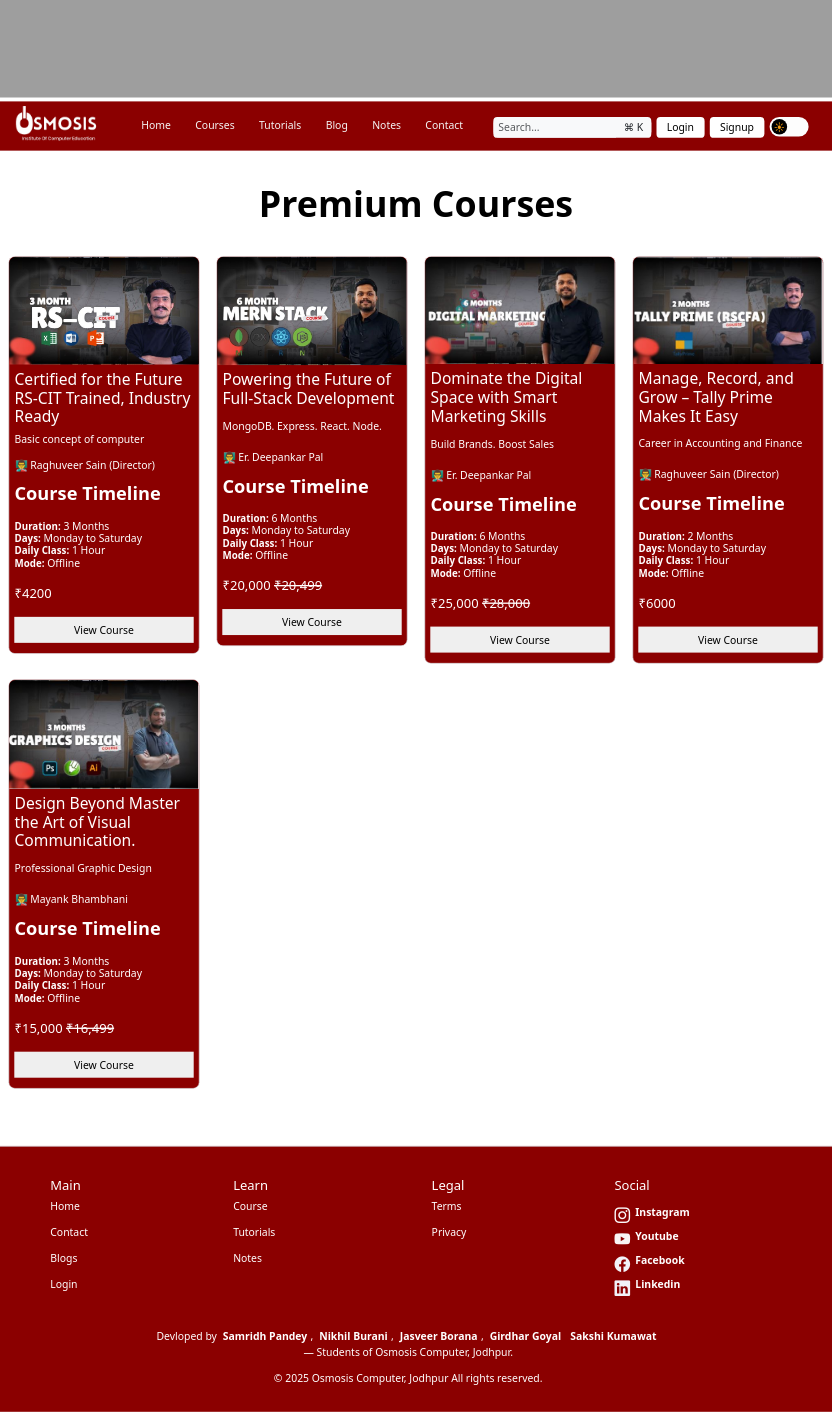
Repository: samriidhpandey/osmosis
Page: /Courses
The author's editor kept a copy of each file at every save. The page is drawn from the files as they stood at one save, then again after the next save.
The browser window is 1280 px wide. The pictures show the whole page, at 65% of full size.
Pictures or frames that could not be fetched are drawn as grey boxes. The project was rebuilt for these pictures with package versions that can differ from the ones it lists, and the page was loaded fresh each time. Also part of the build but not shown: vite.config.js, src/Section2.jsx, src/Section3.jsx, src/Section4.jsx, src/InfiniteReviewScroll.jsx, src/Section5.jsx, src/TypingText.jsx, src/AnimatedName.jsx and 103 more. Imported but missing from the stored project, and not drawn on this page: src/Images/final-app-on-mobile.mp4, src/Images/final-app-on-pc.mp4, src/Images/open-terminals.mp4, src/Images/python-location.mp4.

Above is the page before, as saved 2025-07-21 16:31:00.

After the next save:
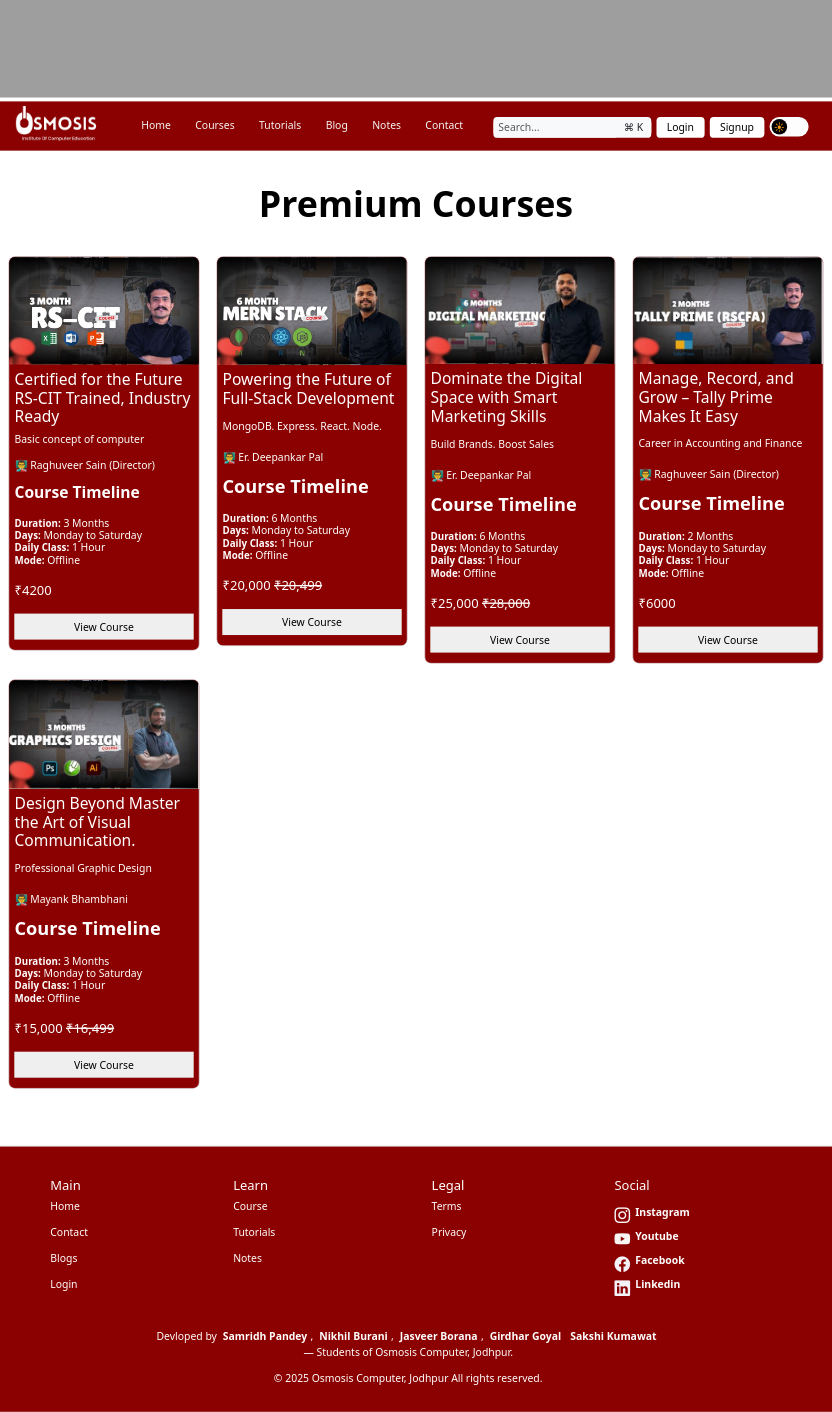
Saved 13 s later.
--- a/src/Component2/Courses.jsx
+++ b/src/Component2/Courses.jsx
@@ -54,7 +54,7 @@
             <h4 className=''>Certified for the Future RS-CIT Trained, Industry Ready</h4>
             <p className=''>Basic concept of computer</p>
             <p className=''>👨‍🏫 Raghuveer Sain (Director)</p>
-            <h3 style={headingStyle}>Course Timeline</h3>
+            <h4 style={headingStyle}>Course Timeline</h4>
       <p style={itemStyle}><strong>Duration:</strong> 3 Months</p>
       <p style={itemStyle}><strong>Days:</strong> Monday to Saturday</p>
       <p style={itemStyle}><strong>Daily Class:</strong> 1 Hour</p>
